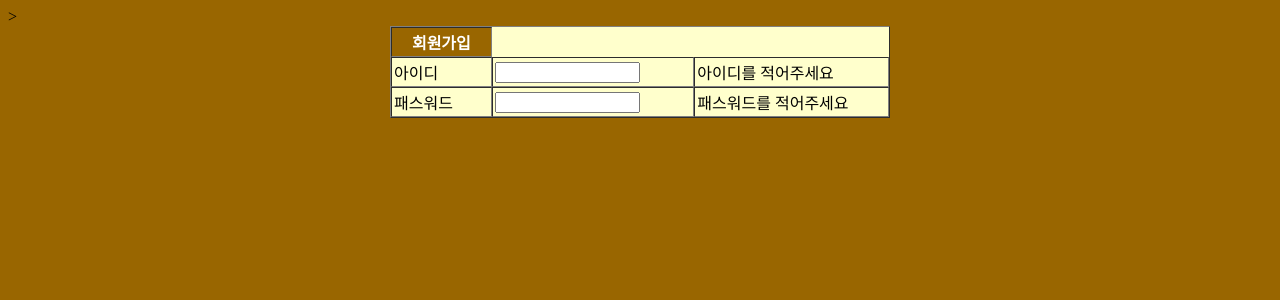
Repository: kimwoongasd/JSPAndServlet
Page: http://localhost/day1226/member.jsp
An editor plug-in stored every save of this project. The page is shown before and after the next save, followed by the edit.
The browser window is 1280 px wide. The pictures show the whole page.
The page is served by Tomcat 9.

Above is the page before, as saved 2023-12-26 00:36:10.

After the next save:
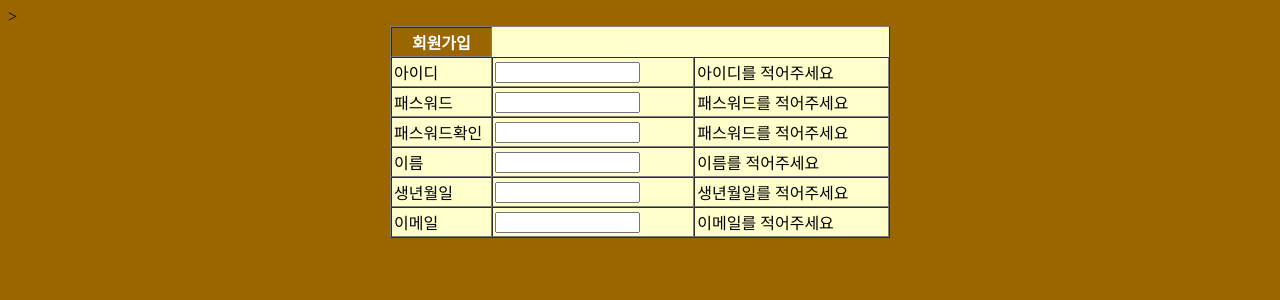
Saved 2 min 56 s later.
--- a/day1226/src/main/webapp/member.jsp
+++ b/day1226/src/main/webapp/member.jsp
@@ -32,6 +32,34 @@
 							</td>
 							<td width="200">패스워드를 적어주세요</td>
 						</tr>
+						<tr>
+							<td width="100">패스워드확인</td>
+							<td width="200">
+								<input type="password" name="pwd" size="15">
+							</td>
+							<td width="200">패스워드를 적어주세요</td>
+						</tr>
+						<tr>
+							<td width="100">이름</td>
+							<td width="200">
+								<input type="text" name="name" size="15">
+							</td>
+							<td width="200">이름를 적어주세요</td>
+						</tr>
+						<tr>
+							<td width="100">생년월일</td>
+							<td width="200">
+								<input type="text" name="birth" size="15">
+							</td>
+							<td width="200">생년월일를 적어주세요</td>
+						</tr>
+						<tr>
+							<td width="100">이메일</td>
+							<td width="200">
+								<input type="email" name="email" size="15">
+							</td>
+							<td width="200">이메일를 적어주세요</td>
+						</tr>
 					</form>
 				</table>
 			</td>
